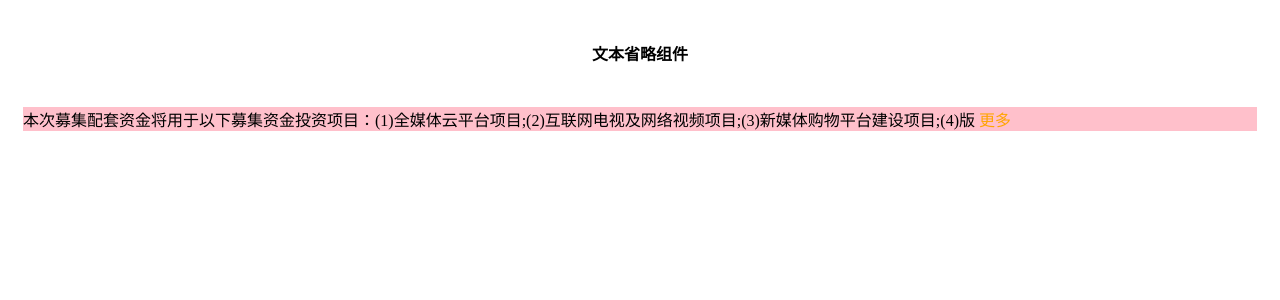
Repository: duanxiaoqi/qiui
Page: /
The author's editor kept a copy of each file at every save. The page is drawn from the files as they stood at one save, then again after the next save.
The browser window is 1280 px wide. The pictures show the whole page.
The project was rebuilt for these pictures with package versions that can differ from the ones it lists, and the page was loaded fresh each time.

Above is the page before, as saved 2018-07-02 10:29:51.

### index.html
<!DOCTYPE html>
<html>
  <head>
    <meta charset="utf-8">
    <meta name="viewport" content="width=device-width,initial-scale=1.0">
    <title>qiui</title>
  </head>
  <body>
    <div id="app"></div>
    <!-- built files will be auto injected -->
  </body>
</html>

### src/router/index.js
import Vue from 'vue'
import Router from 'vue-router'
const OmitText = () => import('@/examples/omittext.vue');

Vue.use(Router)

export default new Router({
  routes: [
    {
      path: '/',
      name: 'omittext',
      component: OmitText
    }
  ]
})

### src/examples/omittext.vue
<template>
  <div class="wrap">
    <h4>文本省略组件</h4>
    <omit-text :text="content" :limit="69"></omit-text>
  </div>
</template>

<script>
import { OmitText } from '@/components';
// import { OmitText } from '../../dist/hg-vcomponents.min.js';

export default {
  name: 'el-omit-text',
  data () {
    return {
      content: '本次募集配套资金将用于以下募集资金投资项目：(1)全媒体云平台项目;(2)互联网电视及网络视频项目;(3)新媒体购物平台建设项目;(4)版权在线交易平台项目;(5)扩大电影电视剧制作产能;(6)优质版权内容购买项目;(7)补充流动资金;(8)支付东方希杰原有股东现金对价。'
    };
  },
  components: {
    OmitText
  }
};
</script>

<style lang="scss" scoped>
  .wrap {
    h4 {
      text-align: center;
      padding: 20px 0;
    }
    padding:0 15px;
  }
</style>

### src/components/index.js
import OmitText from './OmitText/omit-text.vue';

export {
    OmitText
}

### src/components/OmitText/omit-text.vue
<template>
  <p>
    {{ all ? text : shortText }}
    <span v-if="text.length > limit"  @click="all = !all">{{all ? hideTip : showTip}}</span>
  </p>
</template>

<script>
export default {
  name: 'omit-text',
  props: {
    text: {
      type: String,
      default: ''
    },
    limit: {
      type: Number,
      default: 70
    },
    color: {
      type: String,
      default: 'orange'
    },
    showTip: {
      type: String,
      default: '更多'
    },
    hideTip: {
      type: String,
      default: '收起'
    }
  },
  data () {
    return {
      all: false
    };
  },
  computed: {
    shortText () {
      return this.text.substr(0, this.limit);
    }
  }
};
</script>

<style lang="scss" rel="stylesheet/scss" scoped>
p {
  background: pink;
  span {
    color: orange;
  }
}
</style>

Loaded but not shown: src/main.js (common file); src/App.vue (common file)

After the next save:
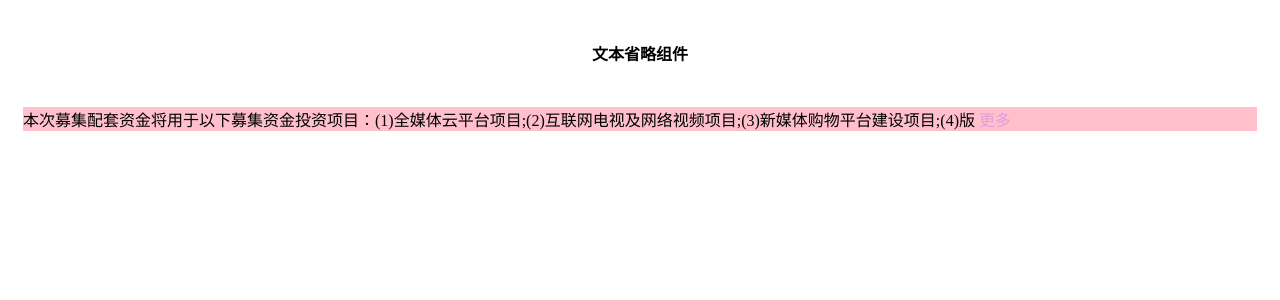
Saved 7 s later.
--- a/src/components/OmitText/omit-text.vue
+++ b/src/components/OmitText/omit-text.vue
@@ -47,7 +47,7 @@ export default {
 p {
   background: pink;
   span {
-    color: orange;
+    color: plum;
   }
 }
 </style>
